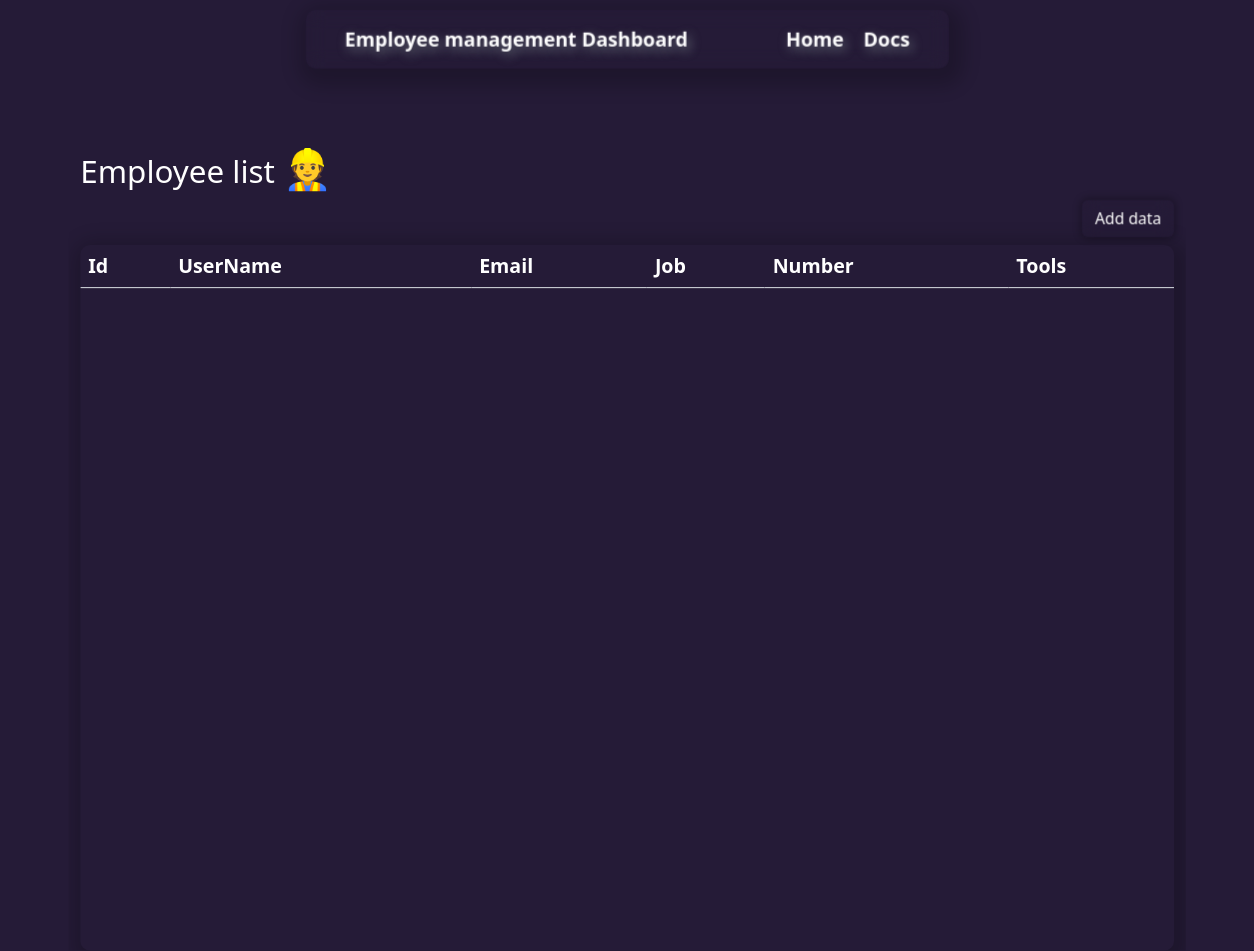
Repository: iamevs/Employee-Management-System
Page: /home (app in client/)
These files come from the project's save history. The page is drawn as it stood at one moment and after a run of saves; the edit follows.
The browser window is 1280 px wide. The pictures show the whole page, at 98% of full size.
The page's requests for data from a server got no answer. The project was rebuilt for these pictures with package versions that can differ from the ones it lists, and the page was loaded fresh each time. No one was signed in, and anything a server would have sent is missing. Also part of the build but not shown: client/vite.config.js, client/src/components/Register.jsx, client/src/components/Edit.jsx, client/src/components/Hero.jsx. Imported but missing from the stored project, and not drawn on this page: client/src/components/Details.

Above is the page before, as saved 2022-11-29 00:22:29.

After the next 2 saves:
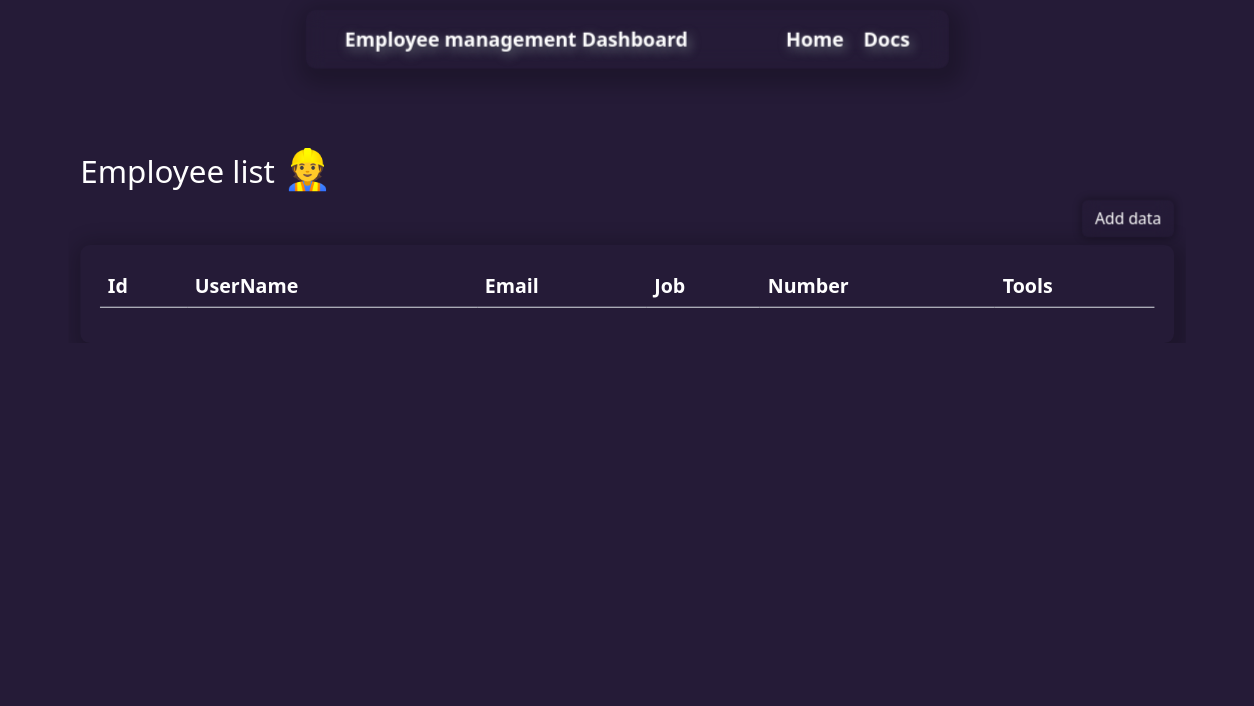
The 2 saves are shown as one change because 1 did not build or start.
The last was saved 16 s later.
--- a/client/src/components/Home.jsx
+++ b/client/src/components/Home.jsx
@@ -119,7 +119,8 @@ const Home = () => {
                         color: "white",
                         boxShadow: "4px 7px 20px 11px rgb(0 0 0 / 20%)",
                         borderRadius: "10px",
-                        height: "100%",
+                        padding: "20px",
+                        height: "auto",
                     }}>
                         <table class="table">
                             <thead>
